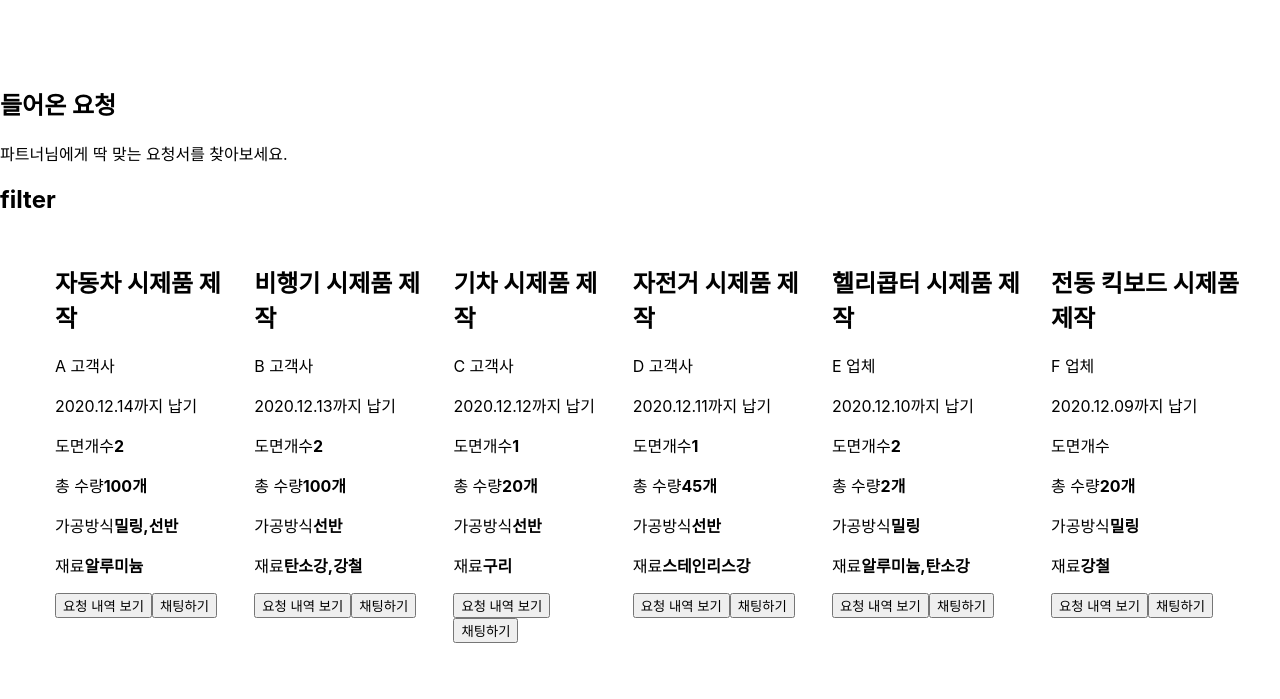
Repository: seoulsaram/capa
Page: /
The author's editor kept a copy of each file at every save. The page is drawn from the files as they stood at one save, then again after the next save.
The browser window is 1280 px wide. The pictures show the whole page.
The project was rebuilt for these pictures with package versions that can differ from the ones it lists, and the page was loaded fresh each time. Requests to the local data server were answered from the project's data file. Also part of the build but not shown: src/App.css, src/components/filter/filter.module.css, src/components/item_container/item_container.module.css.

Above is the page before, as saved 2021-03-05 21:32:18.

### public/index.html
<!DOCTYPE html>
<html lang="en">
  <head>
    <meta charset="utf-8" />
    <link rel="icon" href="%PUBLIC_URL%/favicon.ico" />
    <meta name="viewport" content="width=device-width, initial-scale=1" />
    <meta name="theme-color" content="#000000" />
    <meta name="description" content="Web site created using create-react-app" />

    <title>React App</title>
  </head>
  <body>
    <noscript>You need to enable JavaScript to run this app.</noscript>
    <div id="root"></div>
  </body>
</html>

### src/index.js
import React from "react";
import ReactDOM from "react-dom";
import "./index.css";
import App from "./app";
import RequestInfo from "./service/request_info";

const requestInfo = new RequestInfo();

ReactDOM.render(
  <React.StrictMode>
    <App requestInfo={requestInfo} />
  </React.StrictMode>,
  document.getElementById("root")
);

### src/App.js
import "./app.css";
import Header from "./components/header/header";
import ItemContainer from "./components/item_container/item_container";
import RequestBox from "./components/request_box/request_box";

function App({ requestInfo }) {
  return (
    <div>
      <Header />
      <ItemContainer requestInfo={requestInfo} />
    </div>
  );
}

export default App;

### src/service/request_info.js
class RequestInfo {
  constructor() {
    this.getrequestOptions = {
      method: "GET",
    };
  }

  async getInfo() {
    const response = await fetch("http://localhost:3002/requests", this.getrequestOptions);
    const res = await response.json();
    return res;
  }
}

export default RequestInfo;

### src/components/header/header.js
import React, { memo } from "react";
import styles from "./header.module.css";

const Header = (props) => (
  <div className={styles.header}>
    <div className={styles.headerLeft}>
      <p>CAPA</p>
      <p>파트너스</p>
    </div>
    <div className={styles.headerRight}>
      <p>A가공업체</p>
      <div className={styles.line}></div>
      <p>로그아웃</p>
    </div>
  </div>
);

export default Header;

### src/components/item_container/item_container.js
import React, { useEffect, useState } from "react";
import Filter from "../filter/filter";
import RequestBox from "../request_box/request_box";
import styles from "./item_container.module.css";

const ItemContainer = ({ requestInfo }) => {
  const [reqInfo, setReqInfo] = useState([]);

  useEffect(() => {
    requestInfo.getInfo().then((info) => setReqInfo(info));
  }, [requestInfo]);

  return (
    <section className={styles.section}>
      <h2>들어온 요청</h2>
      <p>파트너님에게 딱 맞는 요청서를 찾아보세요.</p>
      <Filter reqInfo={reqInfo} />
      <RequestBox reqInfo={reqInfo} />
    </section>
  );
};

export default ItemContainer;

### src/components/request_box/request_box.js
import React from "react";
import styles from "./request_box.module.css";

const RequestBox = ({ reqInfo }) => {
  return (
    <ul className={styles.cards}>
      {reqInfo.map((info) => (
        <div key={info.id} className={styles.card}>
          <h2>{info.title}</h2>
          <p>{info.client}</p>
          <p>{info.due}까지 납기</p>
          <div className={styles.line}></div>
          <p>
            도면개수<b>{info.count}</b>
          </p>
          <p>
            총 수량<b>{info.amount}개</b>
          </p>
          <p>
            가공방식<b>{info.method.join(",")}</b>
          </p>
          <p>
            재료<b>{info.material.join(",")}</b>
          </p>
          <div className={styles.btnContainer}>
            <button>요청 내역 보기</button>
            <button>채팅하기</button>
          </div>
        </div>
      ))}
    </ul>
  );
};

export default RequestBox;

// {
//     "id": 1,
//     "title": "자동차 시제품 제작",
//     "client": "A 고객사",
//     "due": "2020.12.14",
//     "count": 2,
//     "amount": 100,
//     "method": ["밀링", "선반"],
//     "material": ["알루미늄"],
//     "status": "대기중"
//   },

### src/components/header/header.module.css
@value MakeBlue from '../../common/color.css';

.header {
  display: flex;
  justify-content: space-between;
  padding: 5px 20px;
  background-color: MakeBlue;
  color: white;
}

.headerLeft {
  display: flex;
  align-items: center;
}

.headerRight {
  display: flex;
  align-items: center;
}

.line {
  width: 2px;
  height: 50%;
  background-color: white;
  margin: 0px 14px;
}

### src/components/filter/filter.js
import React from "react";
import styles from "./filter.module.css";

const Filter = ({ requestInfo }) => <h1>filter</h1>;

export default Filter;

### src/components/request_box/request_box.module.css
@value MakeBlue,MakeBlack,MakeLightBlue,MakeGrey,MakeLightGrey,MakeYellow from '../../common/color.css';

.cards {
  display: flex;
  justify-content: space-between;
  maring: 0px;
}

.card {
  border: 1px solid MakeLightGrey;
  padding: 10px 15px;
}

### db.json
{
  "requests": [
    {
      "id": 1,
      "title": "자동차 시제품 제작",
      "client": "A 고객사",
      "due": "2020.12.14",
      "count": 2,
      "amount": 100,
      "method": ["밀링", "선반"],
      "material": ["알루미늄"],
      "status": "대기중"
    },
    {
      "id": 2,
      "title": "비행기 시제품 제작",
      "client": "B 고객사",
      "due": "2020.12.13",
      "count": 2,
      "amount": 100,
      "method": ["선반"],
      "material": ["탄소강", "강철"],
      "status": "상담중"
    },
    {
      "id": 3,
      "title": "기차 시제품 제작",
      "client": "C 고객사",
      "due": "2020.12.12",
      "count": 1,
      "amount": 20,
      "method": ["선반"],
      "material": ["구리"],
      "status": "대기중"
    },
    {
      "id": 4,
      "title": "자전거 시제품 제작",
      "client": "D 고객사",
      "due": "2020.12.11",
      "count": 1,
      "amount": 45,
      "method": ["선반"],
      "material": ["스테인리스강"],
      "status": "대기중"
    },
    {
      "id": 5,
      "title": "헬리콥터 시제품 제작",
      "client": "E 업체",
      "due": "2020.12.10",
      "count": 2,
      "amount": 2,
      "method": ["밀링"],
      "material": ["알루미늄", "탄소강"],
      "status": "대기중"
    },
    {
      "id": 6,
      "title": "전동 킥보드 시제품 제작",
      "client": "F 업체",
      "due": "2020.12.09",
      "docs": 1,
      "amount": 20,
      "method": ["밀링"],
      "material": ["강철"],
      "status": "대기중"
    }
  ]
}

Loaded but not shown: src/index.css (common file)

After the next save:
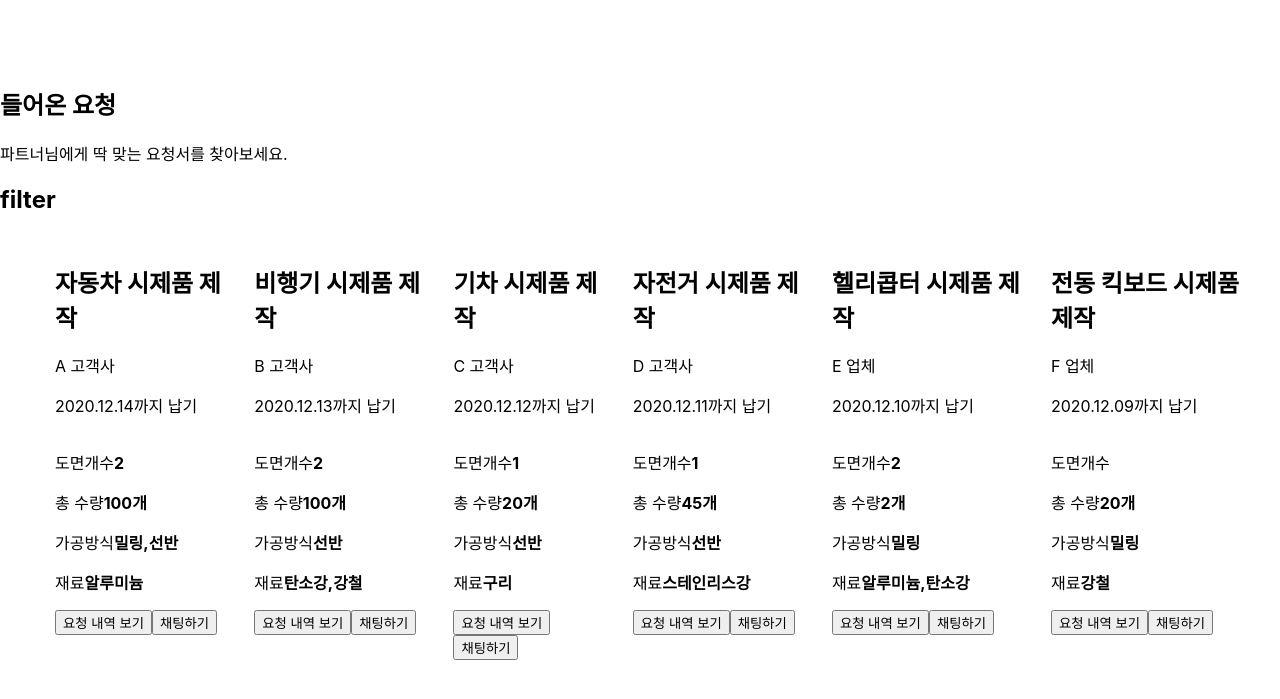
Saved 48 s later.
--- a/src/components/request_box/request_box.module.css
+++ b/src/components/request_box/request_box.module.css
@@ -3,10 +3,16 @@
 .cards {
   display: flex;
   justify-content: space-between;
-  maring: 0px;
+  margin: 0px;
 }
 
 .card {
   border: 1px solid MakeLightGrey;
   padding: 10px 15px;
 }
+
+.line {
+  width: 90%;
+  height: 1px;
+  background-color: MakeLightGrey;
+}
